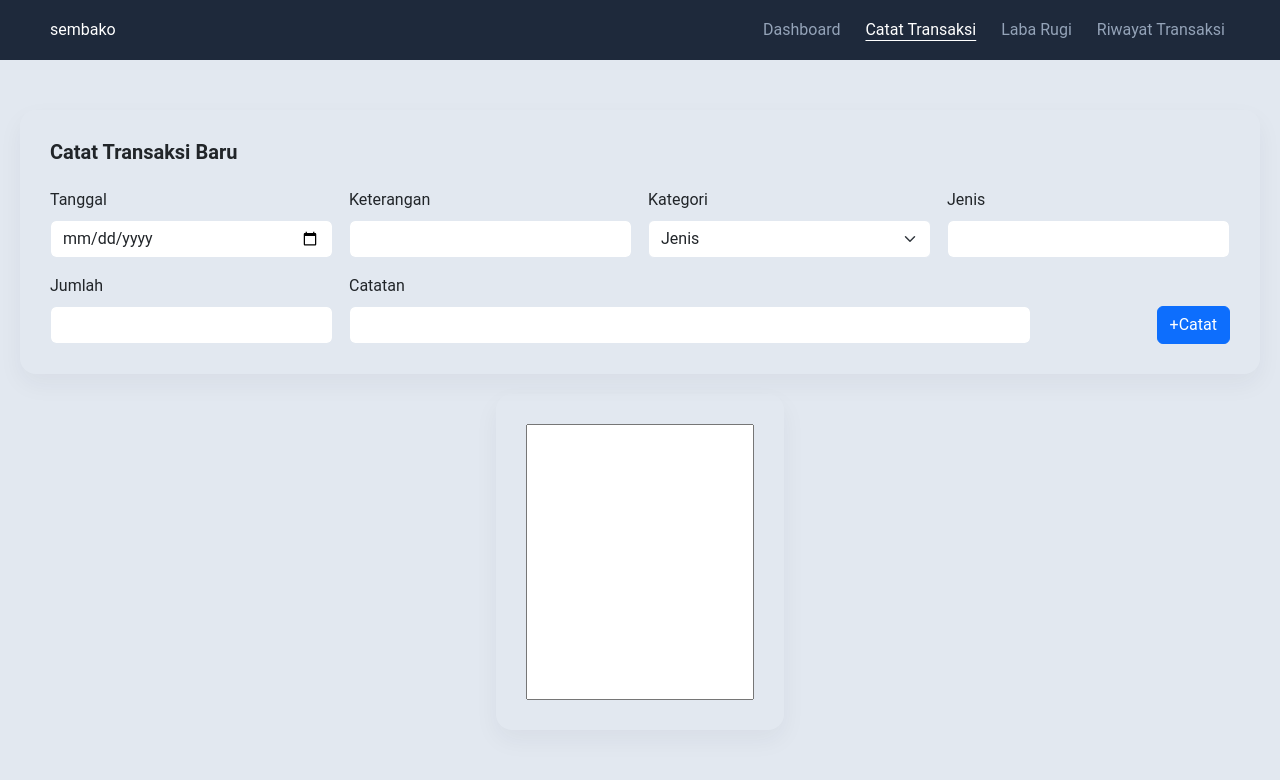
Repository: musdalifahzahra/Projek-Akhir-PWD-2026
Page: http://localhost/3-catat-transaksi.php
These files come from the project's save history. The page is drawn as it stood at one moment and after the next save; the edit follows.
The browser window is 1280 px wide. The pictures show the whole page.
The page is run by PHP 8.4 with error messages shown; the project is at /var/www/html/.

Above is the page before, as saved 2026-04-10 17:44:16.

### 3-catat-transaksi.php
<!DOCTYPE html>
<html lang="en">

<head>
    <meta charset="UTF-8">
    <meta name="viewport" content="width=device-width, initial-scale=1.0">
    <title>Catat Transaksi</title>
    <link rel="stylesheet" href="https://cdn.jsdelivr.net/npm/bootstrap@5.3.8/dist/css/bootstrap.min.css">
    <link rel="stylesheet" href="template-css.css">
    <link rel="stylesheet" href="3-catat-transaksi-css.css">
</head>

<body>
    <nav>
        <div class="profile">
            <span>sembako</span>
        </div>
        <div class="nav_list">
            <ul>
                <li><a href="2-dashboard.php">Dashboard</a></li>
                <li><a href="3-catat-transaksi.php" class="nav-active">Catat Transaksi</a></li>
                <li><a href="4-laba-rugi.php">Laba Rugi</a></li>
                <li><a href="5-laporan.php">Riwayat Transaksi</a></li>
            </ul>
        </div>
    </nav>

    <div class="wrap">
        <!-- input transaksi -->
        <div class="input-transaksi template">
            <form class="row g-3">
                <h5>Catat Transaksi Baru</h5><br>
                <!-- tanggal -->
                <div class="col-md-3">
                    <label for="tanggal" class="form-label">Tanggal</label>
                    <input type="date" class="form-control" id="tanggal">
                </div>
                <!-- keterangan -->
                <div class="col-md-3">
                    <label for="keterangan" class="form-label">Keterangan</label>
                    <input type="text" class="form-control" id="keterangan">
                </div>
                <!-- kategori -->
                <div class="col-md-3">
                    <label for="inputZip" class="form-label">Kategori</label>
                    <select class="form-select" id="kategori" aria-label="Default select example">
                        <option selected>Jenis</option>
                        <option value="Pemasukan">Pemasukan</option>
                        <option value="Pengeluaran">Pengeluaran</option>
                    </select>
                </div>
                <!-- jenis -->
                <div class="col-md-3">
                    <label for="jenis" class="form-label">Jenis</label>
                    <input type="text" class="form-control" id="jenis">
                </div>
                <!-- jumlah-->
                <div class="col-md-3">
                    <label for="jumlah" class="form-label">Jumlah</label>
                    <input type="number" class="form-control" id="jumlah">
                </div>
                <!-- catatan -->
                <div class="col-md-7">
                    <label for="catatan" class="form-label">Catatan</label>
                    <input type="text" class="form-control" id="catatan">
                </div>
                <!-- submit +catat -->
                <div class="col-md-2 d-flex align-items-end justify-content-end">
                    <button type="submit" class="btn btn-primary" id="catat"> +Catat  </button>
                </div>
            </form>
        </div>

        <!-- transaksi terbaru -->
        <div class="transaksi-terbaru template">
            <input type="text">
        </div>
    </div>
</body>

</html>

### template-css.css
:root {
  --color-nav: #1e293b;
  --color-bag-web: #e2e8f0;
  --color-card: #ffffff;
  --color-belum-dipencet: #94a3b8;
  --color-kurson: #cbd5e1;
  --color-tulisan-utama: #334155;
  --color-pemasukan: #10b981;
  --color-pengeluaran: #ef4444;
  --color-border: #e2e8f0;
  --color-border-card: #cbd5e1;
}

body {
  font-family: "Roboto", sans-serif;
}

nav {
  background-color: var(--color-nav);
  height: 60px;
  display: flex;
  align-items: center;
  justify-content: space-between;
  padding: 0px 50px;
  z-index: 1;
}

nav span {
  color: var(--color-card);
}

nav ul {
  padding: 0px;
  margin: 0px;
  display: flex;
  gap: 20px;
}
nav li {
  margin-right: 5px;
  display: inline;
  font-style: none;
}

nav a {
  color: var(--color-belum-dipencet);
  text-decoration: none;
}

.nav-active {
  color: var(--color-card);
  text-decoration: underline;
  text-underline-offset: 5px;
}

nav a:hover {
  color: var(--color-kurson);
}
body {
  background-color: var(--color-bag-web);
}

### 3-catat-transaksi-css.css
.wrap {
  display: flex;
  flex-direction: column;
  z-index: 2;
  width: 100%;
  min-height: 100vh;
  background-color: var(--color-bag-web);
  padding: 50px 20px;
  gap: 20px;
  justify-content: center;
  align-items: center;
}

h5 {
  font-weight: bold;
}
.template {
  /* padding: 20px;
  background-color: var(--color-card);
  border-radius: 13px;
  max-width: 800px;
  border: 1.2px solid var(--color-border-card); */

  border: none; /* Hilangkan border hitam tipis */
  border-radius: 16px; /* Lebih tumpul lebih modern */
  box-shadow: 0 10px 25px rgba(30, 41, 59, 0.05); /* Bayangan biru navy tipis */
  padding: 30px !important; /* Beri ruang nafas lebih
}

.input-transaksi {
  display: flex;

  /* padding: 20px; */
}

.transaksi-terbaru {
  display: flex;
  flex: 1;
  /* padding: 20px; */
}
form .catat {
  margin: 0px;
  padding: 0px;
}

.form-control,
.form-select {
  border: 1px solid var(--color-border);
}

After the next save:
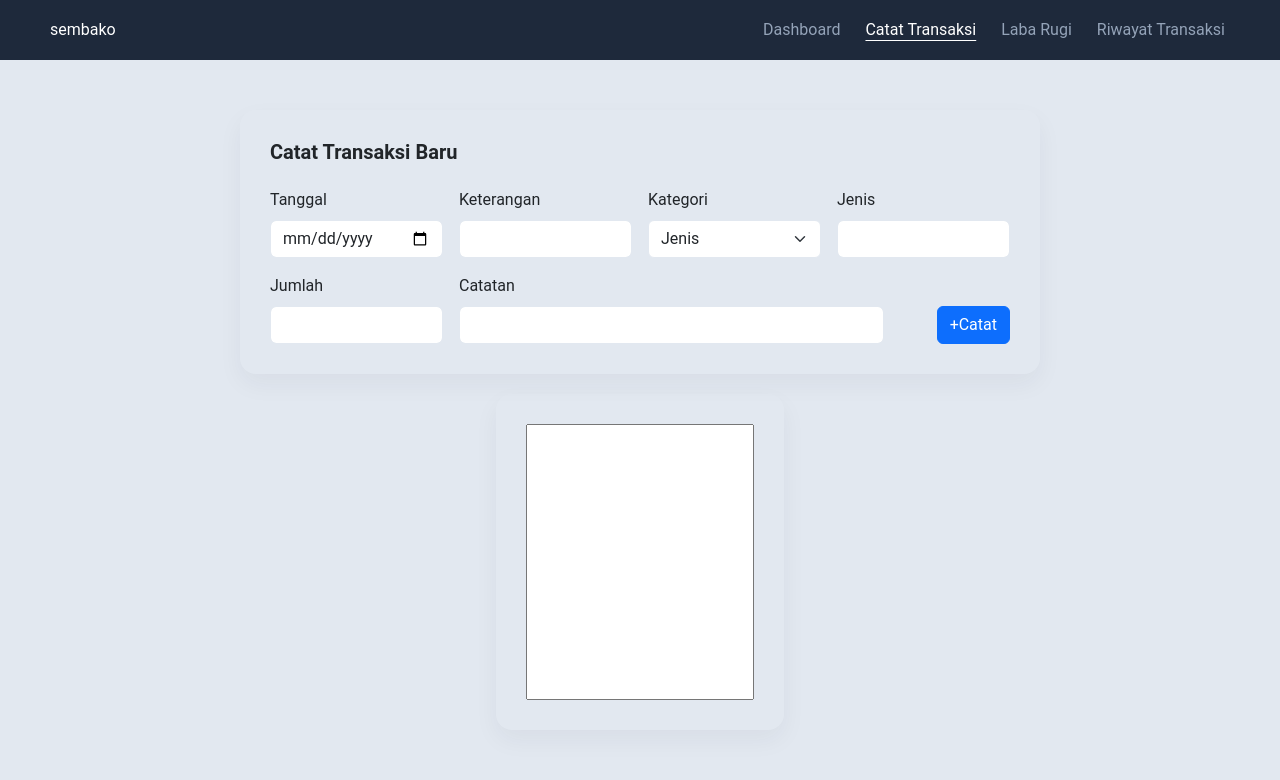
Saved 10 s later.
--- a/3-catat-transaksi-css.css
+++ b/3-catat-transaksi-css.css
@@ -20,6 +20,7 @@ h5 {
   border-radius: 13px;
   max-width: 800px;
   border: 1.2px solid var(--color-border-card); */
+  max-width: 800px;
 
   border: none; /* Hilangkan border hitam tipis */
   border-radius: 16px; /* Lebih tumpul lebih modern */
